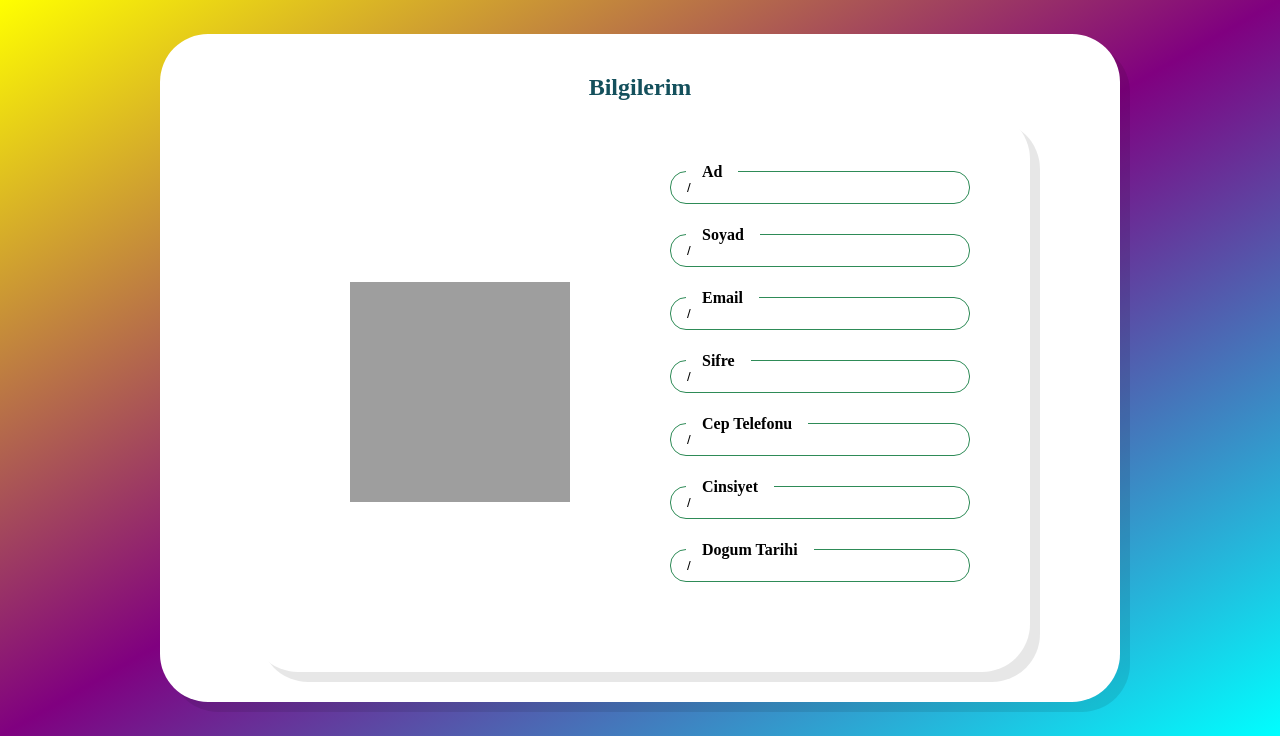
Repository: aenesyvz/web-programming-project
Page: http://localhost/test4/info.jsp
These files come from the project's save history. The page is drawn as it stood at one moment and after the next save; the edit follows.
The browser window is 1280 px wide. The pictures show the whole page.
Pictures or frames that could not be fetched are drawn as grey boxes. The page is served by Tomcat 9.

Above is the page before, as saved 2023-05-11 05:08:39.

After the next save:
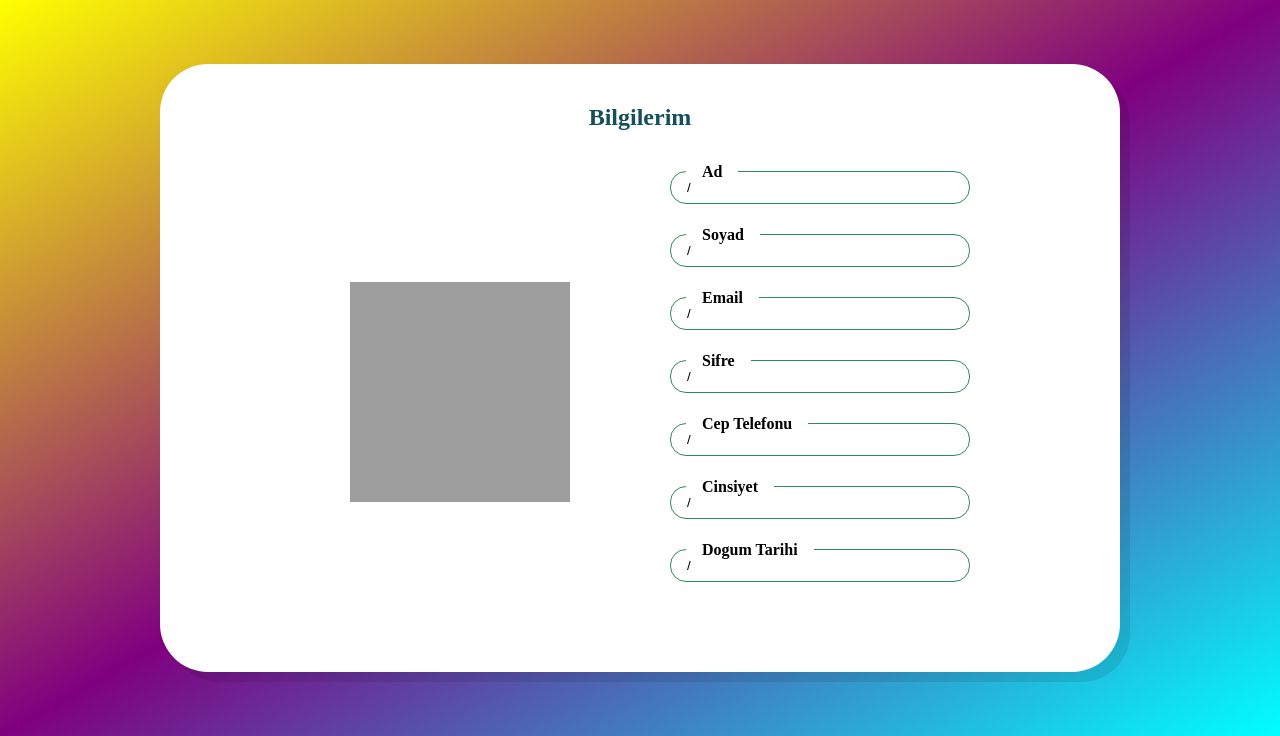
Saved 26 s later.
--- a/test/test4/src/main/webapp/info.jsp
+++ b/test/test4/src/main/webapp/info.jsp
@@ -11,7 +11,7 @@
 <section>
     <div class="container-info" style="background-color: #ffffff;padding:30px;border-radius:3rem; box-shadow: 10px 10px rgba(0, 0, 0, 0.096);">
        <h2 class="title">Bilgilerim</h2>
-       <div class="grid" style="display: grid;grid-template-columns:1fr 1fr;background-color: #ffffff;padding:30px;border-radius:3rem; box-shadow: 10px 10px rgba(0, 0, 0, 0.096);">
+       <div class="grid" style="display: grid;grid-template-columns:1fr 1fr;">
        		<div class="displayImage">
        		 <img src=${user.image}  class="displayImage" alt="" style="width: 220px;height: 220px;margin:0 auto; display: flex;align-items: center;	justify-content: center;"/>
        		</div>
